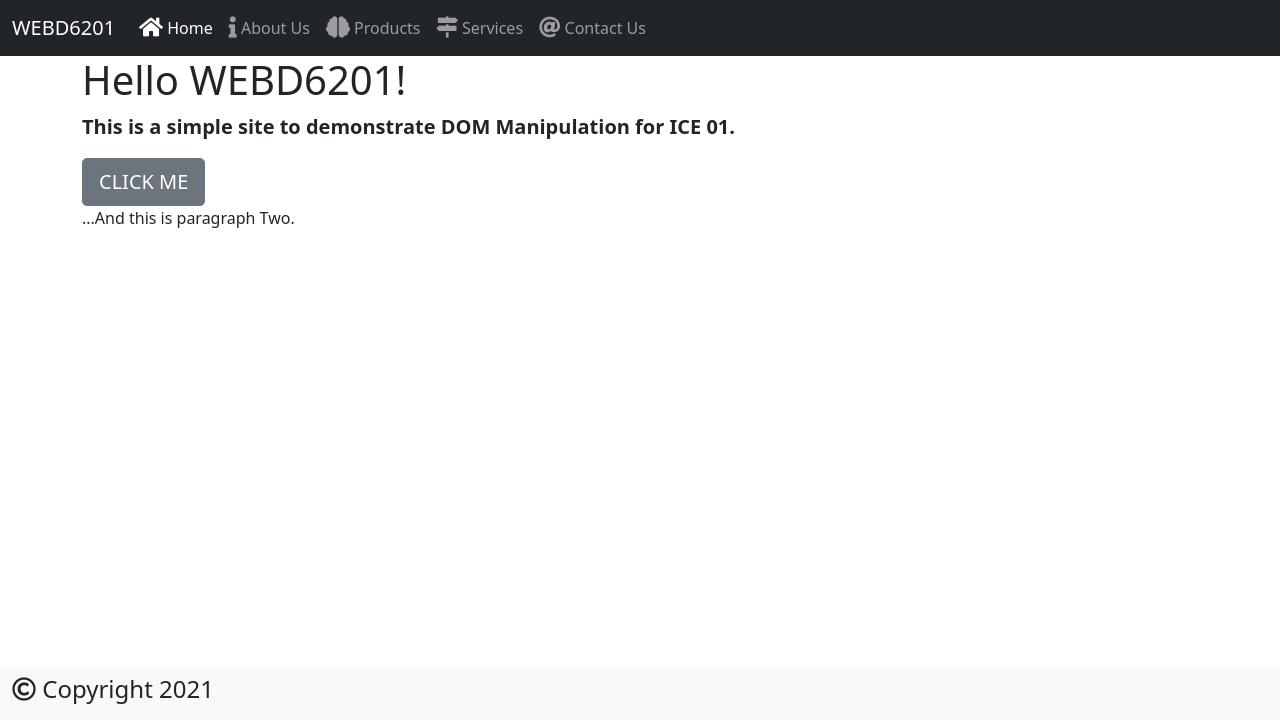
Repository: GarlicButterBoy/WEBD6201-Week1
Page: index.html
An editor plug-in stored every save of this project. The page is shown before and after the next save, followed by the edit.
The browser window is 1280 px wide. The pictures show the whole page.

Above is the page before, as saved 2021-01-21 08:20:32.

After the next save:
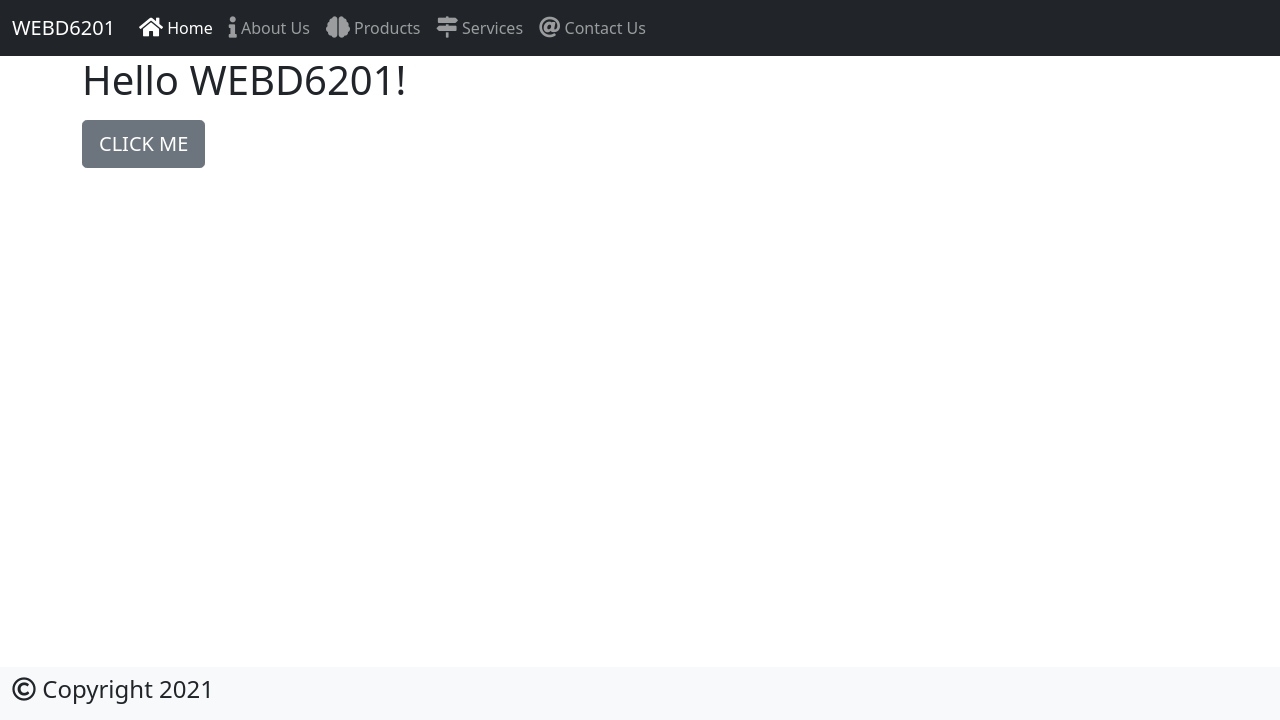
Console error: SyntaxError: missing ) after argument list
Saved 5 s later.
--- a/Scripts/app.js
+++ b/Scripts/app.js
@@ -31,9 +31,7 @@
        //Step 3. Select the parent
        let paragraphTwoElement = document.getElementsByTagName("main")[0];
        //Step 4. Add/Insert the element
-       paragraphTwoElement.appendChild(newParagraph);
-
-
+       paragraphTwoElement.appendChild(newParagr
 
        for (let index = 0; index < 5; index++)
        {

After the 4 saves that followed:
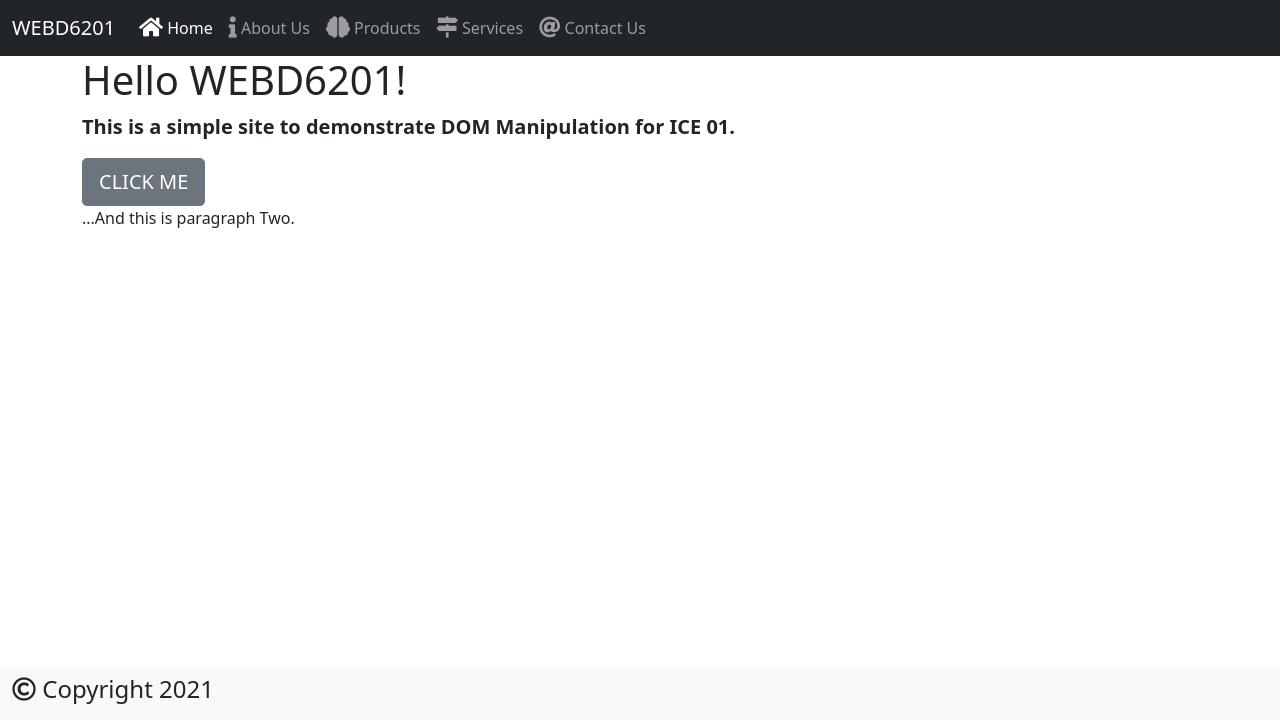
The error is gone.
The 4 saves are shown as one change because 1 left the picture as it was and some came seconds apart.
The last was saved 12 s later.
--- a/Scripts/app.js
+++ b/Scripts/app.js
@@ -31,7 +31,9 @@
        //Step 3. Select the parent
        let paragraphTwoElement = document.getElementsByTagName("main")[0];
        //Step 4. Add/Insert the element
-       paragraphTwoElement.appendChild(newParagr
+       paragraphTwoElement.appendChild(newParagraph);
+
+       newParagraph.className
 
        for (let index = 0; index < 5; index++)
        {
